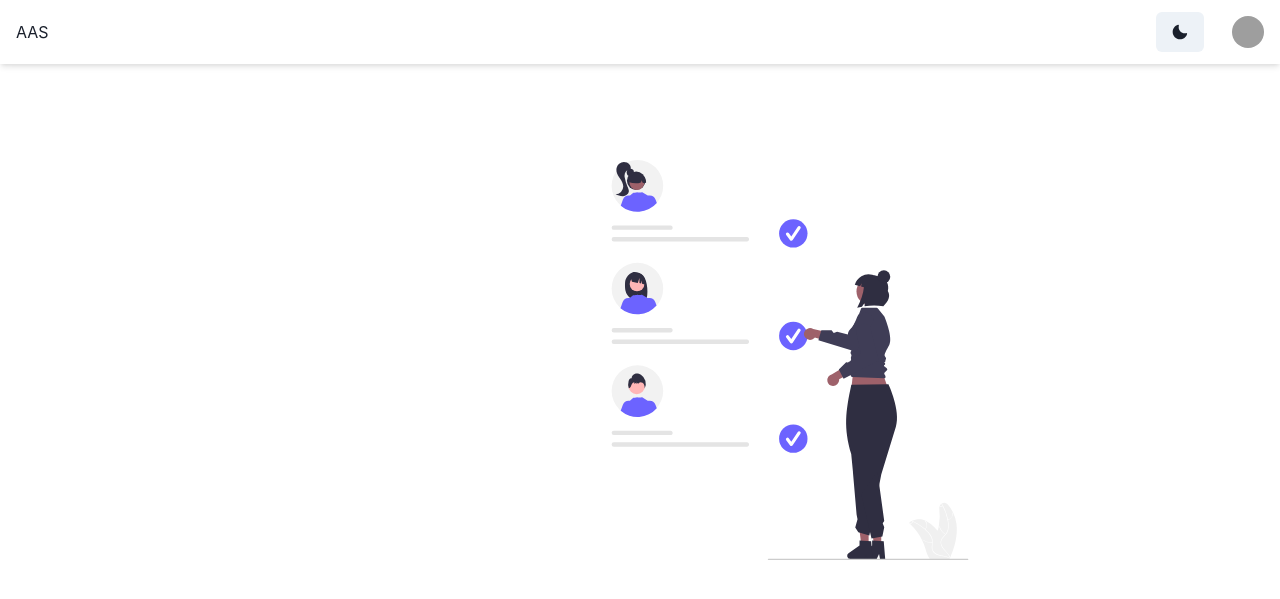
Repository: shash0708/attendence
Page: /
The author's editor kept a copy of each file at every save. The page is drawn from the files as they stood at one save, then again after the next save.
The browser window is 1280 px wide. The pictures show the whole page.
Pictures or frames that could not be fetched are drawn as grey boxes. The project was rebuilt for these pictures with package versions that can differ from the ones it lists, and the page was loaded fresh each time. Also part of the build but not shown: src/App.css, src/components/Login/Login.component.jsx, src/components/Signup/Signup.component.jsx, src/routes/Authentication/Authentication.component.jsx.

Above is the page before, as saved 2024-04-06 19:14:36.

### src/index.js
import React from 'react';
import ReactDOM from 'react-dom/client';
import './index.css';
import App from './App';
import reportWebVitals from './reportWebVitals';
import { BrowserRouter } from 'react-router-dom';
import { ChakraProvider } from '@chakra-ui/react'

const root = ReactDOM.createRoot(document.getElementById('root'));
root.render(
  <React.StrictMode>
  <BrowserRouter>
<ChakraProvider>
    <App />
    </ChakraProvider>
    </BrowserRouter>

  </React.StrictMode>
);

// If you want to start measuring performance in your app, pass a function
// to log results (for example: reportWebVitals(console.log))
// or send to an analytics endpoint. Learn more: https://bit.ly/CRA-vitals
reportWebVitals();

### src/App.js
import './App.css';
import Home from './routes/Home/Home.component.jsx'
import { Routes,Route} from 'react-router-dom';
import Authentication from './routes/Authentication/Authentication.component';

function App() {
  return (
    <Routes>
    <Route index element={<Home/>}/>

    <Route path='auth' element={<Authentication/>}/>

    </Routes>
  );
}

export default App;

### src/routes/Home/Home.component.jsx
import React from 'react'
import { Outlet } from 'react-router-dom';
import Nav from '../../components/Navbar/Navbar.component';
import HomeProp from '../../components/homeProp/HomeProp.component';
const Home  = () => {
  return (
    <div>
       <Nav/>
       <HomeProp />
       <Outlet/>
    </div>
  )
}

export  default Home;

### client/src/components/Navbar/Navbar.component.jsx
'use client'

import {
  Box,
  Flex,
  Avatar,
  Text,
  Button,
  Menu,
  MenuButton,
  MenuList,
  MenuItem,
  MenuDivider,
  useDisclosure,
  useColorModeValue,
  Stack,
  useColorMode,
  Center,
} from '@chakra-ui/react'
import { MoonIcon, SunIcon } from '@chakra-ui/icons'
import { Link, Outlet } from 'react-router-dom';

const NavLink = (props) => {
  const { children } = props

  return (
    <Box
      as="a"
      px={2}
      py={1}
      rounded={'md'}
      _hover={{
        textDecoration: 'none',
        bg: useColorModeValue('gray.200', 'gray.700'),
      }}
      href={'#'}>
      {children}
    </Box>
  )
}

export default function Nav() {
  const { colorMode, toggleColorMode } = useColorMode();
  const { isOpen, onOpen, onClose } = useDisclosure();
  return (
    <div>
      <Box

        px={4}
        shadow="md"
        style={{ backdropFilter: 'blur(10px)' }} // Adds blur effect to the background
      >
        <Flex h={16} alignItems={'center'} justifyContent={'space-between'}>
          <Box>
          <Link to="/">AAS</Link>

          </Box>

          <Flex alignItems={'center'}>
            <Stack direction={'row'} spacing={7}>
              <Button onClick={toggleColorMode}>
                {colorMode === 'light' ? <MoonIcon /> : <SunIcon />}
              </Button>

              <Menu>
                <MenuButton
                  as={Button}
                  rounded={'full'}
                  variant={'link'}
                  cursor={'pointer'}
                  minW={0}>
                  <Avatar
                    size={'sm'}
                    src={'https://avatars.dicebear.com/api/male/username.svg'}
                  />
                </MenuButton>
                <MenuList alignItems={'center'} shadow="lg">
                  <br />
                  <Center>
                    <Avatar
                      size={'2xl'}
                      src={'https://avatars.dicebear.com/api/male/username.svg'}
                    />
                  </Center>
                  <br />
                  <Center>
                    <p>Username</p>
                  </Center>
                  <br />
                  <MenuDivider />
                  <MenuItem>Your Servers</MenuItem>
                  <MenuItem>Account Settings</MenuItem>
                  <MenuItem>Logout</MenuItem>
                </MenuList>
              </Menu>
            </Stack>
          </Flex>
        </Flex>
      </Box>
      <Outlet />
    </div>
  );
}

### src/components/homeProp/HomeProp.component.jsx
import React from 'react'
import { ReactComponent as HomeLogo } from '../../assests/home.svg'
import './HomeProp.styles.scss';
const HomeProp= () => {
  return (
    <div>
      <HomeLogo className='home-prop'/>
    </div>
  )
}

export default HomeProp;

### src/components/homeProp/HomeProp.styles.scss
// Use variables to style your logo
.home-prop{
  width: 1000px;
  height: 400px;  // Add other styling properties as needed
  position: fixed;
  top: 50%; // Adjust as needed
  right: -10px; // Adjust as needed
  transform: translateY(-50%);
}

Loaded but not shown: public/index.html (common file); src/index.css (common file); src/reportWebVitals.js (common file)

After the next save:
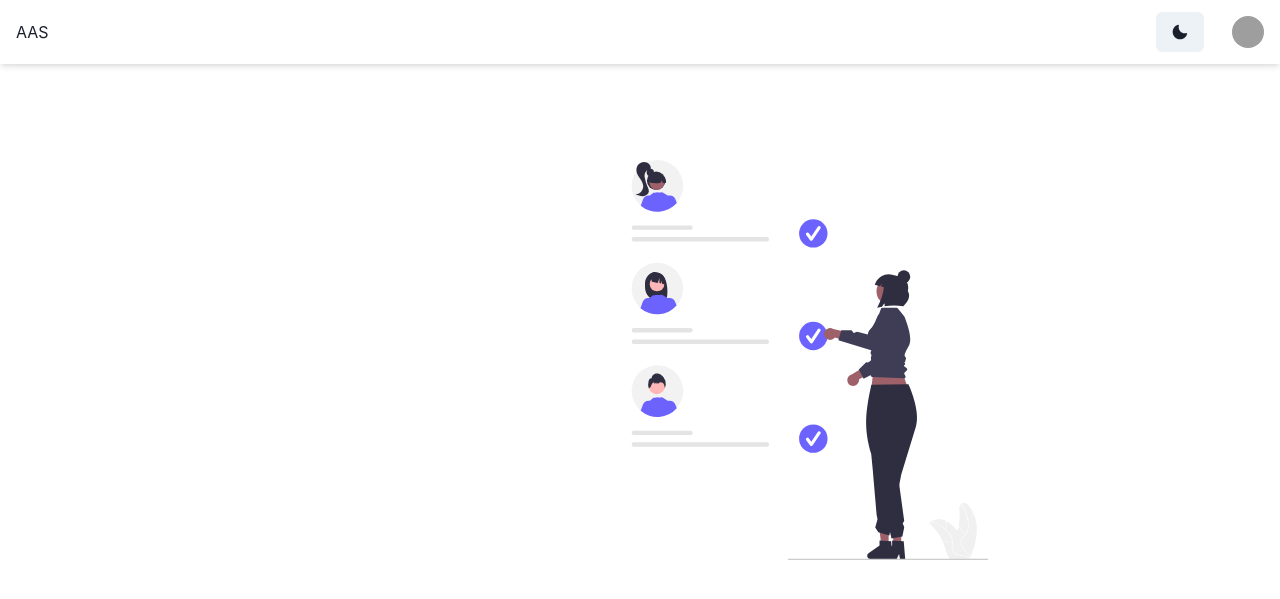
Saved 8 s later.
--- a/src/components/homeProp/HomeProp.styles.scss
+++ b/src/components/homeProp/HomeProp.styles.scss
@@ -4,6 +4,6 @@
   height: 400px;  // Add other styling properties as needed
   position: fixed;
   top: 50%; // Adjust as needed
-  right: -10px; // Adjust as needed
+  right: -30px; // Adjust as needed
   transform: translateY(-50%);
 }
